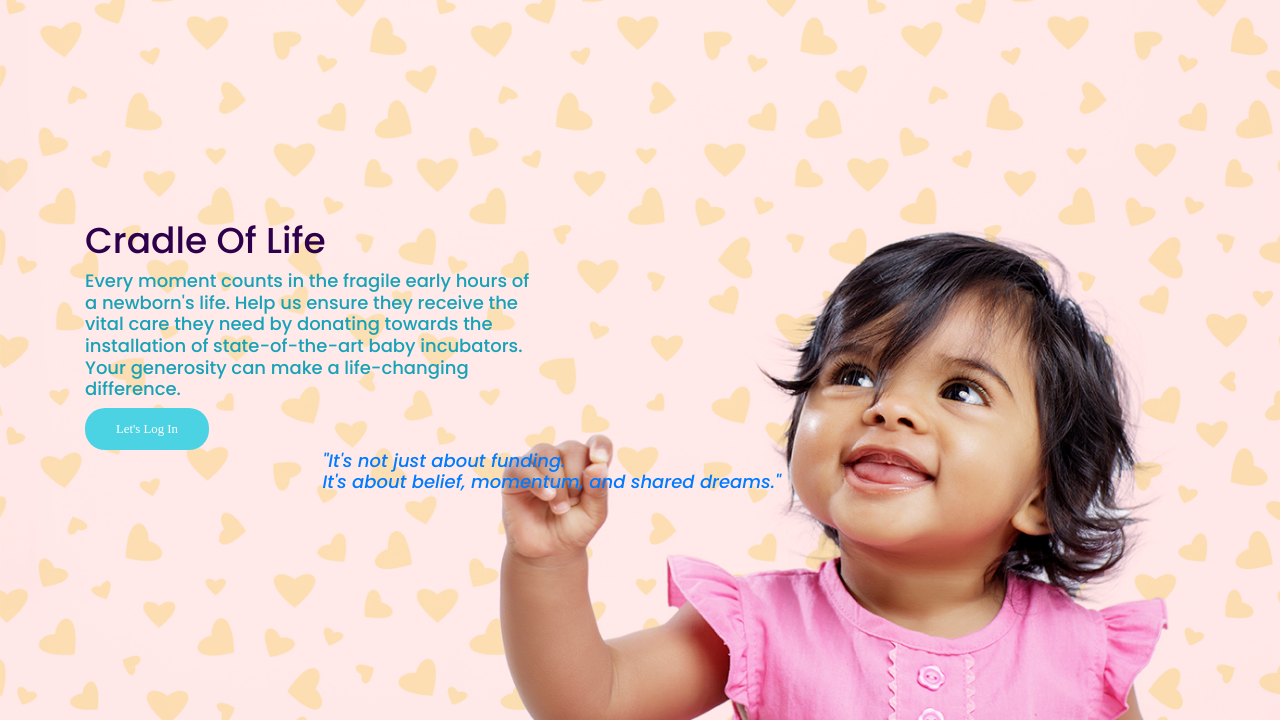
Repository: Adu065/Cradle-of-Life
Page: http://localhost/CradleOfLife/pages/login.jsp
The author's editor kept a copy of each file at every save. The page is drawn from the files as they stood at one save, then again after the next save.
The browser window is 1280 px wide. The pictures show the whole page.
Some web fonts or font styles are not loaded; a fallback is used. The page is served by Tomcat 9.

Above is the page before, as saved 2023-08-24 14:01:56.

After the next save:
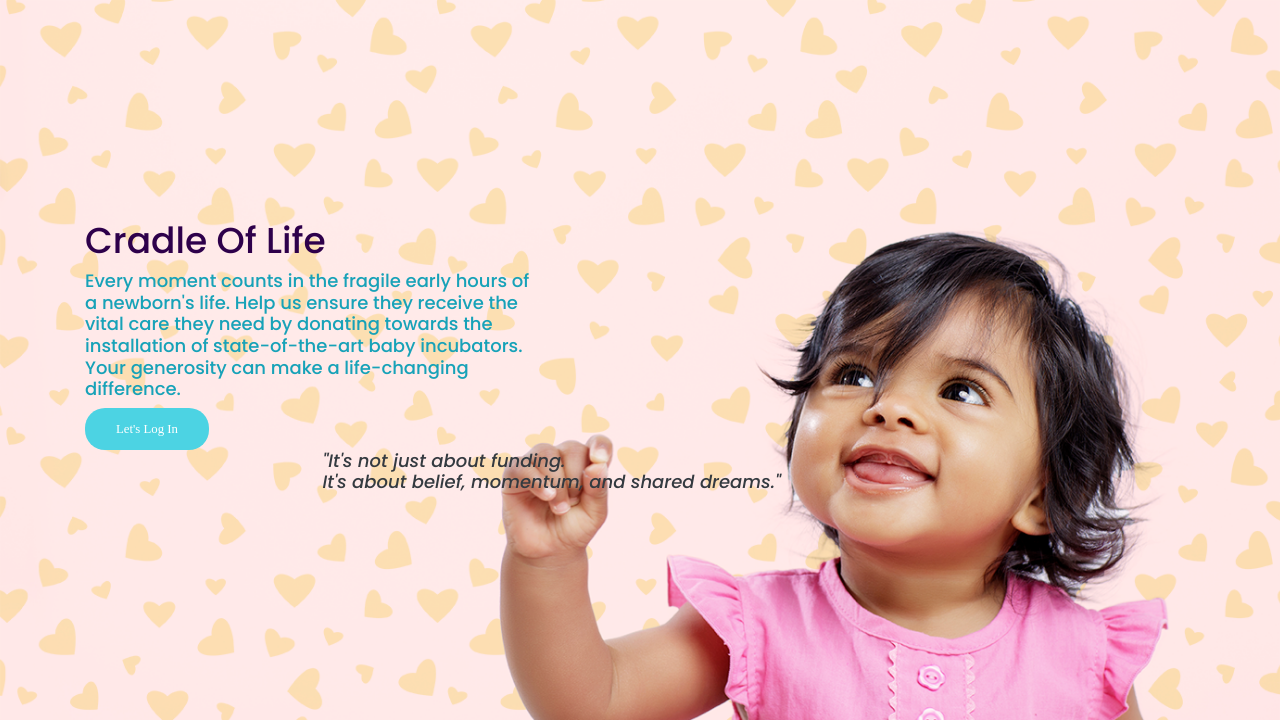
Saved 11 s later.
--- a/CradleOfLife/WebContent/pages/login.jsp
+++ b/CradleOfLife/WebContent/pages/login.jsp
@@ -56,7 +56,7 @@
 				<div class="row align-items-center justify-content-center">
 					<div class="col-xl-7 col-md-7">
 						<div class="slider_info">
-							<h4 class="text-primary font-italic">
+							<h4 class="text-dark font-italic">
 								"It's not just about funding. </br>It's about belief, momentum, and
 								shared dreams."
 							</h4>
